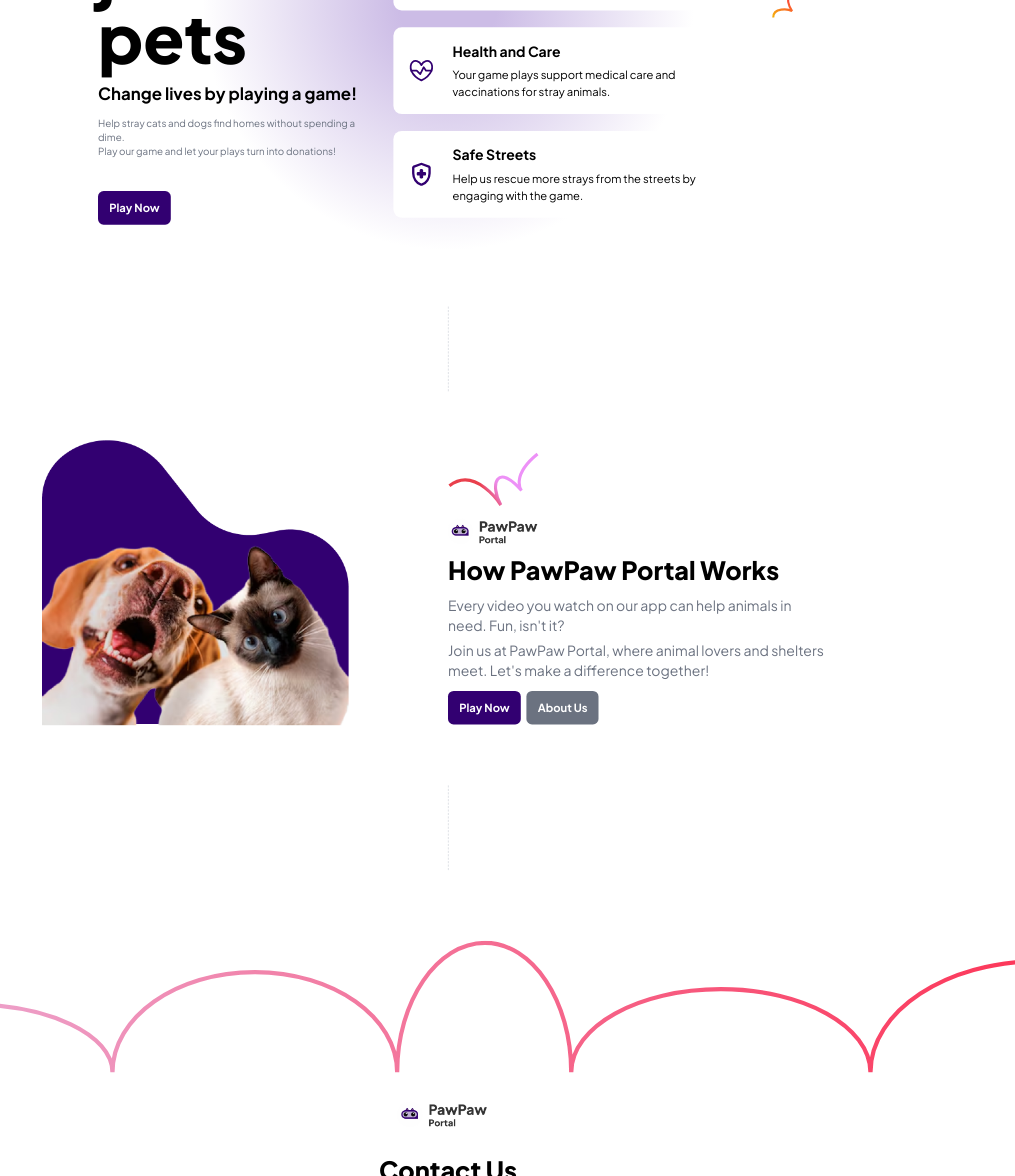
Repository: paskasiregar/pawpawwebsite
Page: /
The author's editor kept a copy of each file at every save. The page is drawn from the files as they stood at one save, then again after the next save.
The browser window is 1280 px wide. The page is 1450 px wide, so the pictures cover 1450 px, including what lies to the right of the window. The pictures show the part of the page from y = 500 to 2180 px (the page is 3234 px tall), at 70% of full size.
The project was rebuilt for these pictures with package versions that can differ from the ones it lists, and the page was loaded fresh each time. The framework's server and built-in components were replaced by stand-ins that run in the browser. Also part of the build but not shown: next.config.js, next.config.mjs.

Above is the page before, as saved 2024-07-30 20:44:31.

After the next save:
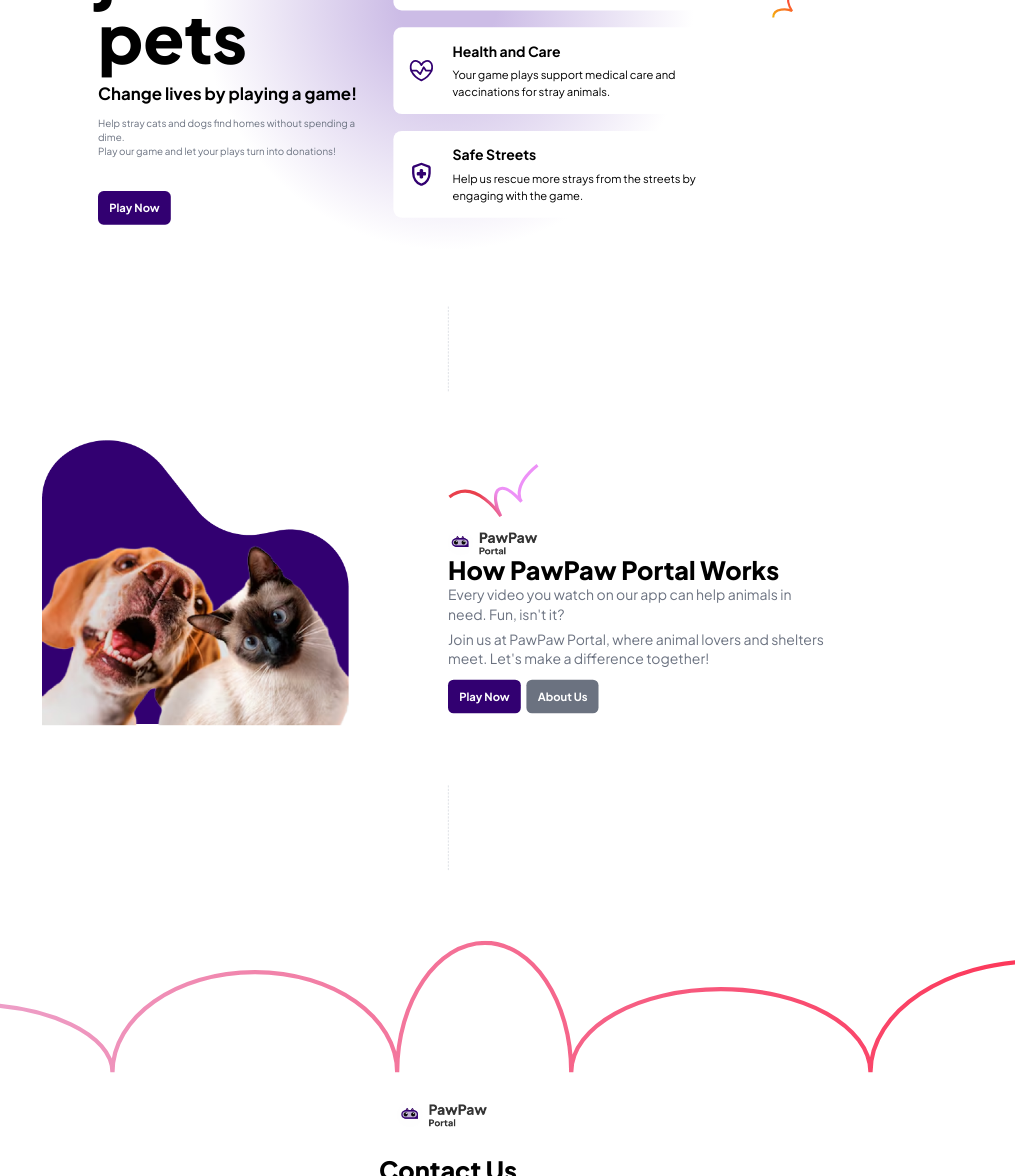
Saved 6 min 46 s later.
--- a/src/app/page.js
+++ b/src/app/page.js
@@ -71,30 +71,32 @@ export default async function Home() {
                     </defs>
                   </svg>
                 </div>
-                <Image
-                  className="w-36 h-10 object-cover"
-                  alt="Logo"
-                  src={logoHeaderImage}
-                  width={120}
-                  height={20}
-                />
-                <div className="flex flex-col items-center md:items-start">
-                  <div className="relative font-extrabold text-2xl md:text-4xl text-center md:text-left">
-                    How PawPaw Portal Works
+                <div>
+                  <Image
+                    className="w-36 h-10 object-cover"
+                    alt="Logo"
+                    src={logoHeaderImage}
+                    width={120}
+                    height={20}
+                  />
+                  <div className="flex flex-col items-center md:items-start">
+                    <div className="relative font-extrabold text-2xl md:text-4xl text-center md:text-left">
+                      How PawPaw Portal Works
+                    </div>
                   </div>
-                </div>
-                <div className="self-stretch flex flex-col md:flex-row items-center md:items-start justify-start text-lg md:text-xl text-gray-500">
-                  <div className="flex-1 flex flex-col items-center md:items-start justify-start">
-                    <div className="self-stretch">
-                      <p className="m-0 text-center md:text-left">
-                        Every video you watch on our app can help animals in
-                        need. Fun, isn&apos;t it?
-                      </p>
-                      <p className="m-2"></p>
-                      <p className="m-0 text-center md:text-left">
-                        Join us at PawPaw Portal, where animal lovers and
-                        shelters meet. Let&apos;s make a difference together!
-                      </p>
+                  <div className="self-stretch flex flex-col md:flex-row items-center md:items-start justify-start text-lg md:text-xl text-gray-500">
+                    <div className="flex-1 flex flex-col items-center md:items-start justify-start">
+                      <div className="self-stretch">
+                        <p className="m-0 text-center md:text-left">
+                          Every video you watch on our app can help animals in
+                          need. Fun, isn&apos;t it?
+                        </p>
+                        <p className="m-2"></p>
+                        <p className="m-0 text-center md:text-left">
+                          Join us at PawPaw Portal, where animal lovers and
+                          shelters meet. Let&apos;s make a difference together!
+                        </p>
+                      </div>
                     </div>
                   </div>
                 </div>
